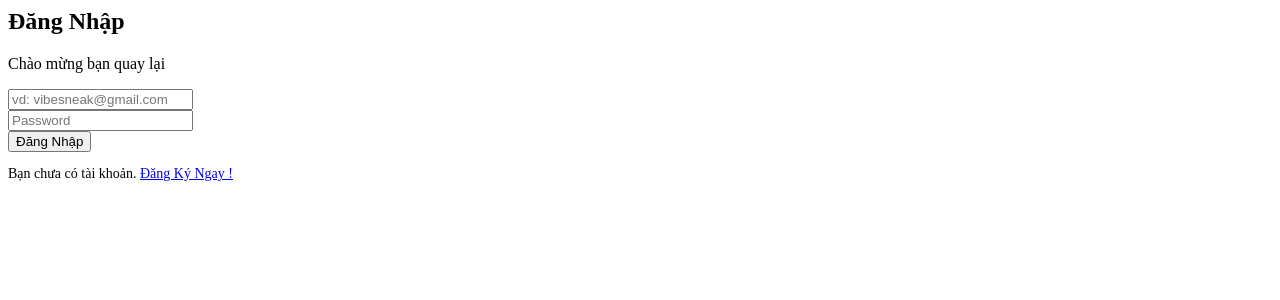
Repository: HSondev74/website-ban-giay
Page: http://localhost/BanGiay/pages/Login.php
The author's editor kept a copy of each file at every save. The page is drawn from the files as they stood at one save, then again after the next save.
The browser window is 1280 px wide. The pictures show the whole page.
The page is run by PHP 8.4 with error messages shown; the project is at /var/www/html/.

Above is the page before, as saved 2024-02-25 13:15:56.

After the next save:
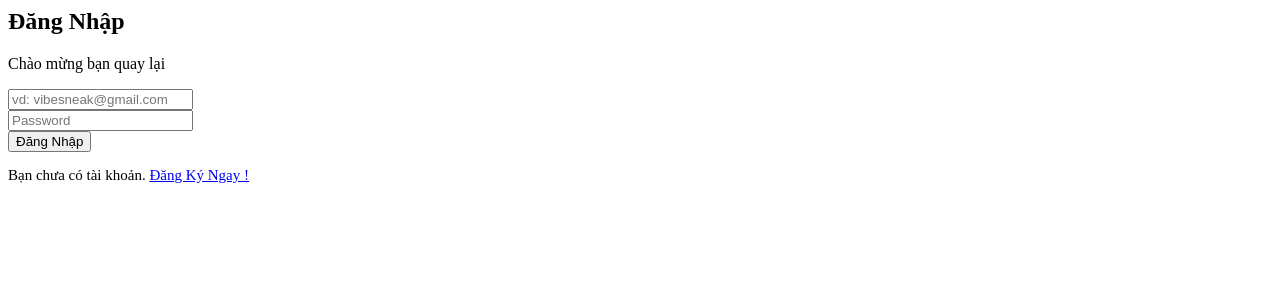
Saved 18 s later.
--- a/pages/Login.php
+++ b/pages/Login.php
@@ -49,7 +49,7 @@
                 <div class="btn-logup">
                     <input type="submit" name="login" value="Đăng Nhập" class="button" />
 
-                    <p class="ask2 ask" style="font-size: 14px;">
+                    <p class="ask2 ask" style="font-size: 15px;">
                         Bạn chưa có tài khoản.
                         <a href="index.php?action=logup">Đăng Ký Ngay !</a>
                     </p>

After the save that followed:
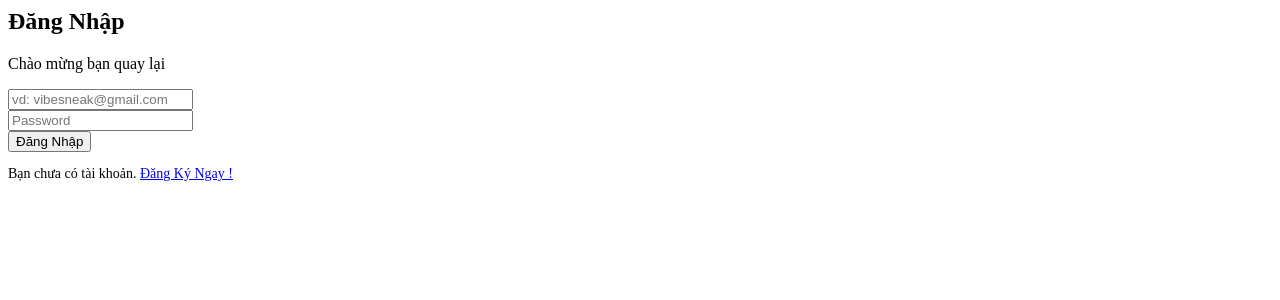
Saved 6 s later.
--- a/pages/Login.php
+++ b/pages/Login.php
@@ -49,7 +49,7 @@
                 <div class="btn-logup">
                     <input type="submit" name="login" value="Đăng Nhập" class="button" />
 
-                    <p class="ask2 ask" style="font-size: 15px;">
+                    <p class="ask2 ask" style="font-size: 14px;">
                         Bạn chưa có tài khoản.
                         <a href="index.php?action=logup">Đăng Ký Ngay !</a>
                     </p>
